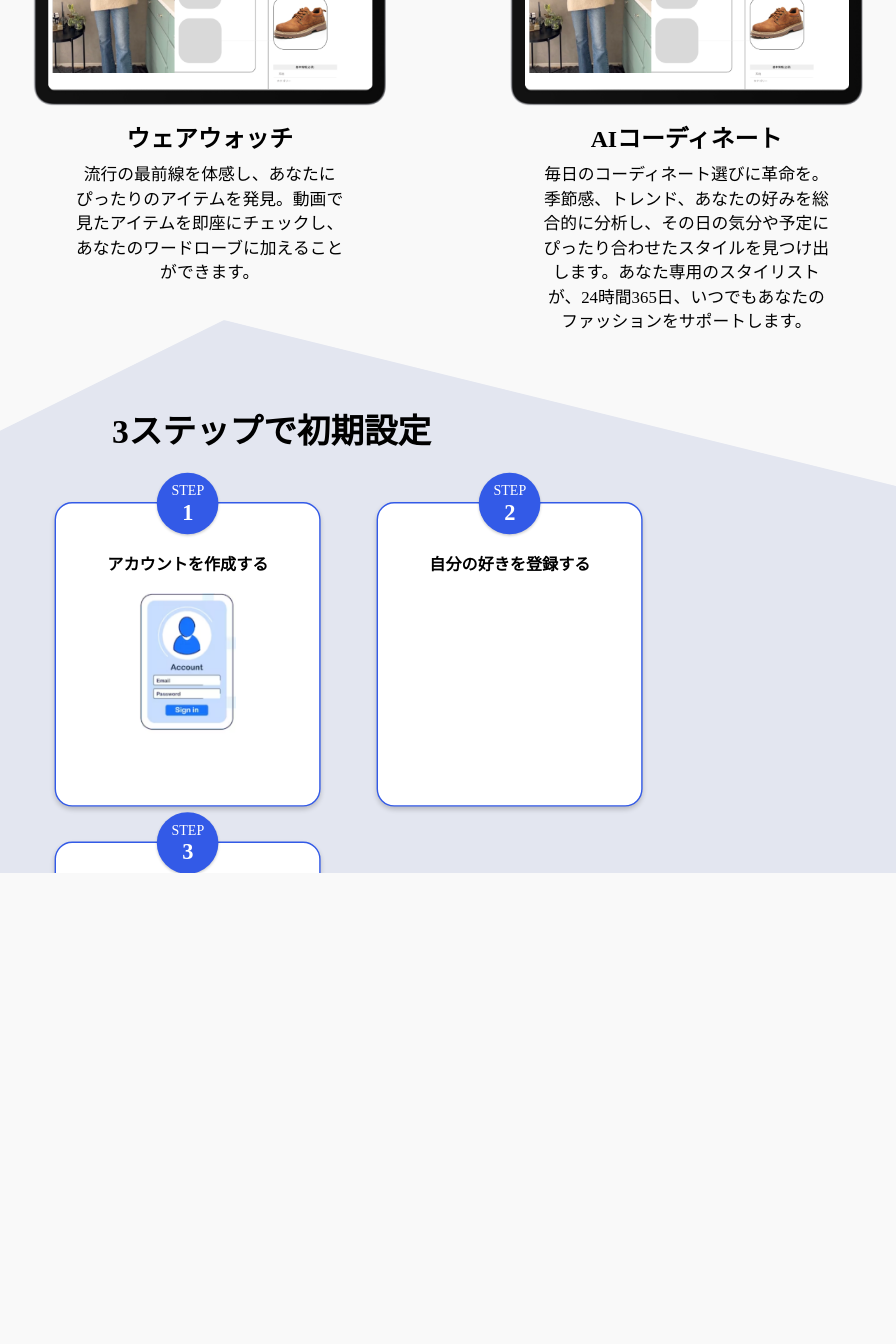
Repository: Yoshiki0418/yahoo.hack
Page: welcome.html
An editor plug-in stored every save of this project. The page is shown before and after the next save, followed by the edit.
The browser window is 1280 px wide. The pictures show the part of the page from y = 2716 to 4636 px (the page is 5407 px tall), at 70% of full size.

Above is the page before, as saved 2024-02-09 23:21:55.

### welcome.html
<!DOCTYPE html>
<html lang="ja">
<head>
    <meta charset="UTF-8">
    <meta name="viewport" content="width=device-width, initial-scale=1.0">
    <link rel="stylesheet" type="text/css" href="static/css/welcome.css">
    <title>Document</title>
</head>
<body>
    <hedaer>
        <nav>
            <div class="head_block">
                <li><a><img src="static/image/logo.png" class="logo_pic"></a></li>
                <div class="login-button">
                    <a href="/login">ログイン</a>
                </div>
             </div>
          </nav>
    </hedaer>
    <main>
        <!--スライドショー-->
        <div id="mainimg">
            <div class="slide" style="background-image: url('static/image/image 2.png');"></div>
            <div class="slide" style="background-image: url('static/image/slide_1.webp');"></div>
            <h1>Fashion <br>
                　　starts in the<br>
                　 Cloudrobe.</h1>
            <div class="sinup-button">
                <a href="/sinup">さっそくはじめる</a>
             </div>
        </div>
        <div class="fast_section">
            <p class="point_ja">つながりを紡ぎ、驚きを編む。<br>クリック一つで始まる物語</p>
            <p class="point_en">Weaving connections and weaving surprises.<br>
                A story that starts with a click</p>
            <div class="good_points">
            </div>
            <h2>全てのシチュエーションに完璧な一着</h2>
            <div class="situation_block">
                <div class="pair">
                    <img src="static/image/situation1.png" class="situation_pic">
                    <h4>デート</h4>
                </div>
                <div class="pair">
                    <img src="static/image/situation2.png" class="situation_pic">
                    <h4>ショッピング</h4>
                </div>
                <div class="pair">
                    <img src="static/image/situation3.png" class="situation_pic">
                    <h4>アウトドア</h4>
                </div>
            </div>
        </div>
        <div class="advertisement">
            <div class="block">
                <img src="static/image/adv.png" class="adv_pic">
                <div class="right_block">
                    <h2>  今話題の<br>
                        『骨格スタイル診断』を<br>
                          無料で体験！
                        </h2>
                        <button class="custom-button">あなたの商品をチェック</button>
                </div>
            </div>
        </div>
        <div class="info_section">
            <h2>Cloudrobeの特徴</h2>
            <div class="features">
                <div class="features_block1">
                    <img src="static/image/feature.png" class="feature_pic">
                    <h4>ウェアウォッチ</h4>
                    <p>流行の最前線を体感し、あなたに<br>
                        ぴったりのアイテムを発見。動画で<br>
                        見たアイテムを即座にチェックし、<br>
                        あなたのワードローブに加えること<br>ができます。</p>
                </div>
                <div class="features_block2">
                    <img src="static/image/feature.png" class="feature_pic">
                    <h4>AIコーディネート</h4>
                    <p>毎日のコーディネート選びに革命を。<br>
                        季節感、トレンド、あなたの好みを総<br>
                        合的に分析し、その日の気分や予定に<br>
                        ぴったり合わせたスタイルを見つけ出<br>
                        します。あなた専用のスタイリスト<br>
                        が、24時間365日、いつでもあなたの<br>
                        ファッションをサポートします。</p>
                </div>
            </div>
            <div class="shape">
                <h2>3ステップで初期設定</h2>
                <div class="step_block">
                    <div class="step-container">
                        <div class="step-circle">STEP<h4>1</h4></div>
                        <div class="step-box"></div>
                        <h3>アカウントを作成する</h3>
                        <img src="static/image/step1.png" class="step1_pic">
                    </div>
                    <div class="step-container">
                        <div class="step-circle">STEP<h4>2</h4></div>
                        <div class="step-box"></div>
                        <h3>自分の好きを登録する</h3>
                    </div>
                    <div class="step-container">
                        <div class="step-circle">STEP<h4>3</h4></div>
                        <div class="step-box"></div>
                        <h3>クローゼットを登録</h3>
                    </div>
                </div>
            </div>

        </div>

    </main>
    <script src="script.js"></script>

</body>
</html>

### static/css/welcome.css
* {
    margin: 0;
    padding: 0;
    box-sizing: border-box;
}

/* ナビゲーションのスタイル設定 */
nav {
    width: 100%;
    background-color: #17191C;
    height: 62px;
    display: flex;
    z-index: 10; /* ナビゲーションのz-indexを設定 */
    position: relative; /* z-indexを効果的にするために必要 */
}

.logo_pic {
    margin-top: 5px;
    margin-left: 8px;
    height: 51px;
}

.head_block {
    width: 100%;
    display: flex;
    flex-wrap: wrap;
    position: relative;
}

.mainimg{
    width: 100vw;
    overflow: hidden; /* 横方向の内容がはみ出た場合に非表示にする */
    height: 100%;
}

/* ログインボタンのスタイル */
.login-button a {
    display: inline-block;
    background-color: #000; /* ボタンの背景色 */
    color: white;
    padding: 10px 20px;
    border: 2px solid #fff; /* ボタンの境界線 */
    border-radius: 20px; /* 角の丸み */
    text-decoration: none;
    font-weight: bold;
    z-index: 10; /* ボタンのz-indexを設定 */
}

.login-button a:hover {
    background-color: #555; /* ホバー時の背景色 */
}

.login-button {
    position: absolute;
    right: 10%;
    margin-top: 7px;
    z-index: 10; /* ボタンのz-indexを設定 */
}

#slideshow {
    position: relative;
    max-height: 790px; /* 最大高さを指定 */
    width: 100vw; /* 画面幅全体 */
    overflow-x: hidden; /* 横方向の内容がはみ出た場合に非表示にする */
    z-index: 1; /* スライドショーのz-indexを低く設定 */
}

.slide {
    position: absolute;
    width: 100%;
    height: 100%;
    background-size: cover;
    background-position: center;
    opacity: 0; /* 最初はすべてのスライドを非表示にする */
    transition: opacity 1s; /* 透明度の変化にトランジション効果を追加 */
    animation: zoomOut 10s infinite;
    margin-top: -62px;
}

#mainimg h1 {
    position: absolute;
    font-size: 70px;
    top: 75%;
    left: 15%;
    transform: translate(-50%, -50%);
    z-index: 2; /* スライド上のテキストを前面に表示 */
    color: white; /* テキストの色 */
    text-align: center; /* テキストを中央揃え */
    text-shadow: 2px 2px 4px rgba(4, 4, 4, 4);
}

@keyframes zoomOut {
    0%, 100% {
        transform: scale(1); /* 100%に保つ */
    }
    50% {
        transform: scale(1); /* 100%より大きくしない */
    }
}

.sinup-button a{
    display: inline-block;
    font-size: 20px;
    background-color: #00000000; /* ボタンの背景色 */
    color: white;
    padding: 10px 20px;
    border: 2px solid #fff; /* ボタンの境界線 */
    border-radius: 40px; /* 角の丸み */
    text-decoration: none;
    font-weight: bold;
    z-index: 10; /* ボタンのz-indexを設定 */
}

.sinup-button {
    position: absolute;
    right: 14%;
    top: 80%;
    z-index: 10; /* ボタンのz-indexを設定 */
}

.sinup-button a:hover {
    background-color: #ffffffa4; /* ホバー時の背景色 */
    color: #000;
}

.fast_section{
    width: 100%;
    height: 955px;
    background-color: #202131;
    display: flex;
    flex-wrap: wrap;
    position: relative;
    top: 770px; /* スライドショーとの間に隙間がないように微調整 */
    z-index: 2; /* スライドショーの上に表示 */
    padding-top: 5px; /* 必要に応じて調整 */
}

.point_ja{
    position: absolute;
    margin-top: 100px;
    color: #EEE6FF;
    right: 12%;
    z-index: 18;
    font-size: 32px;
}

.point_en{
    position: absolute;
    margin-top: 210px;
    color: #EEE6FF;
    right: 9%;
    z-index: 18;
    font-size: 15px;
}

.good_points{
    position: absolute;
    width: 94%;
    height: 640px;
    background-color: #E3E6F0;
    bottom: 0%;
    right: 0%;
    border-radius: 20px 0px 0px 0px; /* 角の丸み */
}

.fast_section h2{
    position: absolute;
    width: 700px;
    top: 400px;
    left: 50%;
    transform: translate(-50%, -50%);
    font-size: 40px;
}

.situation_block{
    display: flex;
    position: absolute;
    top: 655px;
    height: 330px;
    margin-right: 10%;
    left: 50%;
    transform: translate(-50%, -50%);
}

.situation_pic{
    width: 330px;
    height: 330px;
    margin-right: 45px;
    margin-left: 45px;
}

@media (max-width: 1070px) {
    .situation_pic {
        width: 200px; /* サイズを小さく調整 */
        height: 200px; /* サイズを小さく調整 */
        margin-right: 35px;
        margin-left: 35px;
    }
}

.pair {
    display: flex; /* フレックスコンテナとして設定 */
    flex-direction: column; /* 子要素を縦方向に並べる */
    align-items: center; /* 子要素を水平方向の中央に揃える */
    text-align: center; /* テキストを中央揃え */
}

.pair h4{
    margin-top: 20px;
    font-size: 26px;
}

.advertisement{
    position: relative;
    top: 770px;
    width: 100%;
    height: 537px;
    background-color: #C5D0F7;
}

.adv_pic{
    width: 440px;
    top: 140px;
    left: 17%;
}



.advertisement h2{
    font-size: 48px;
    top: 140px;
    color: #335AE7;
}

.block{
    position: absolute;
    display: flex;
    flex-wrap: wrap;
    height: 310px;
    left: 17%;
    top: 136px;
}

.custom-button {
    background-color: #335AE7; /* ボタンの背景色 */
    color: white; /* テキスト色 */
    padding: 10px 20px; /* パディング */
    border: none; /* 境界線なし */
    border-radius: 40px; /* 角の丸み */
    font-size: 24px; /* フォントサイズ */
    font-weight: bold; /* フォントの太さ */
    text-decoration: none; /* テキストの下線を消す */
    cursor: pointer; /* カーソルをポインターに */
    box-shadow: 0 4px 8px rgba(0, 0, 0, 0.2); /* 影を付ける */
    transition: background-color 0.3s, box-shadow 0.3s; /* 色と影のトランジションを設定 */
    width: 330px;
    height: 66px;
    margin-top: 50px;
}

.custom-button:hover {
    background-color: #5A7BD8; /* ホバー時の背景色 */
    box-shadow: 0 6px 12px rgba(0, 0, 0, 0.3); /* ホバー時の影を大きくする */
}

.custom-button:focus {
    outline: none; /* ボタンがフォーカスされたときのアウトラインを消す */
}

.right_block{
    margin-left: 125px;
}

.info_section{
    width: 100%;
    height: 3084px;
    top: 769px;
    position: relative;
    background-color: #F9F9F9;
}

.info_section h2{
    position: absolute;
    font-size: 48px;
    top: 70px;
    left: 115px;
}

.features_block1 {
    display: flex; /* Flexboxを有効化 */
    flex-direction: column; /* 子要素を縦方向に並べる */
    align-items: center; /* 子要素を水平方向の中央に揃える */
    text-align: center; /* テキストを中央揃え */
    margin-right: 178px;
}

.features{
    position: relative;
    top: 180px;
    display: flex;
    display: flex; /* Flexboxを有効化 */
    justify-content: center; /* 水平方向の中央に揃える */
    flex-wrap: wrap; /* コンテンツが多い場合は折り返し */
    text-align: center; /* テキストを中央揃え */
}

.feature_pic {
    /* 画像のスタイル設定があればここに追加 */
    /* 例: width: 100%; max-width: 560px; など */
}

.features_block1 h4 {
    /* h4のスタイル設定があればここに追加 */
    margin-top: 20px; /* 画像との間隔を設定 */
    font-size: 34px;
}

.features_block1 p {
    max-width: 560px; /* 最大横幅を560pxに設定 */
    margin-top: 10px; /* h4タグとの間隔を設定 */
    font-size: 24px;
}

.features_block2 {
    display: flex; /* Flexboxを有効化 */
    flex-direction: column; /* 子要素を縦方向に並べる */
    align-items: center; /* 子要素を水平方向の中央に揃える */
    text-align: center; /* テキストを中央揃え */
}

.features_block2 h4 {
    /* h4のスタイル設定があればここに追加 */
    margin-top: 20px; /* 画像との間隔を設定 */
    font-size: 34px;
}

.features_block2 p {
    max-width: 560px; /* 最大横幅を560pxに設定 */
    margin-top: 10px; /* h4タグとの間隔を設定 */
    font-size: 24px;
}


.shape {
    position: absolute;
    top: 850px;
    width: 100%;
    height: 790px; /* 必要な高さ */
    background-color: #E3E6F0; /* 背景色 */
    clip-path: polygon(0 100%, 100% 100%, 100% 30%, 25% 0, 0 20%);
}

.shape h2{
    top: 120px;
    left: 160px;
    position: absolute;
}

.step-container {
    position: relative; /* 子要素の絶対位置の基準にする */
    padding-top: 50px; /* 円の半分のスペースを確保 */
  }

  .step-circle {
    position: absolute;
    top: 8px; /* 円の半分の高さだけ上に移動 */
    left: 50%;
    transform: translateX(-50%); /* 円を中央に配置 */
    width: 88px; /* 円の幅 */
    height: 88px; /* 円の高さ */
    background-color: #335AE7;
    color: white;
    border-radius: 50%; /* 円形にする */
    text-align: center;
    line-height: 50px; /* テキストを垂直中央に配置 */
    font-size: 20px; /* テキストのサイズ調整 */
    box-shadow: 0 2px 4px rgba(0, 0, 0, 0.2); /* 影をつける */
  }

  .step-box {
    width: 380px; /* 枠の幅 */
    height: 435px; /* 枠の高さ */
    background-color: #ffffff; /* 背景色 */
    border-radius: 25px; /* 角の丸み */
    border: 2px solid #335AE7; /* 枠線の色 */
    box-shadow: 0 4px 8px rgba(0, 0, 0, 0.2); /* 影をつける */
    margin-right: 40px;
    margin-left: 40px;
  }

.step_block{
    position: absolute;
    top: 210px;
    display: flex;
    flex-wrap: wrap;
    left: 3%;
}

.step-container h4{
    font-size: 32px;
    position: absolute;
    left: 50%;
    top: 35%;
    transform: translateX(-50%); /* 円を中央に配置 */
}

.step-container h3{
    font-size: 23px;
    position: absolute;
    left: 50%;
    top: 120px;
    transform: translateX(-50%); /* 円を中央に配置 */
    font-weight: bold; /* フォントの太さ */
}

.step1_pic{
    position: absolute;
    top: 180px;
    left: 50%;
    transform: translateX(-50%); /* 円を中央に配置 */
    height: 200px;
}





































@media (max-width: 1240px) {
    .situation_pic {
        width: 250px; /* サイズを小さく調整 */
        height: 250px; /* サイズを小さく調整 */
        margin-right: 40px;
        margin-left: 40px;
    }

    .advertisement h2 {
        font-size: 38px;
        top: 140px;
        color: #335AE7;
    }

    .custom-button {
        /* 必要に応じてサイズ調整 */
        width: 300px;
        height: 60px;
        font-size: 20px; /* フォントサイズ */
    }

    .block {
        /* フレックスコンテナのスタイリング */
        position: absolute;
        display: flex;
        flex-wrap: wrap;
        height: 310px;
        left: 12%;
        top: 136px;
    }

    .right_block {
        margin-left: 80px;
    }
}

### script.js
let slides = document.querySelectorAll('.slide');
let currentSlide = 0;

function changeSlide() {
  // すべてのスライドを非表示にする
  for (let slide of slides) {
    slide.style.opacity = 0;
  }

  // 現在のスライドを表示する
  slides[currentSlide].style.opacity = 1;

  // 次のスライドに移動、もし最後なら最初に戻る
  currentSlide = (currentSlide + 1) % slides.length;
}

// 最初のスライドを表示
changeSlide();

// 5秒ごとにスライドを切り替える
setInterval(changeSlide, 5000);

After the next save:
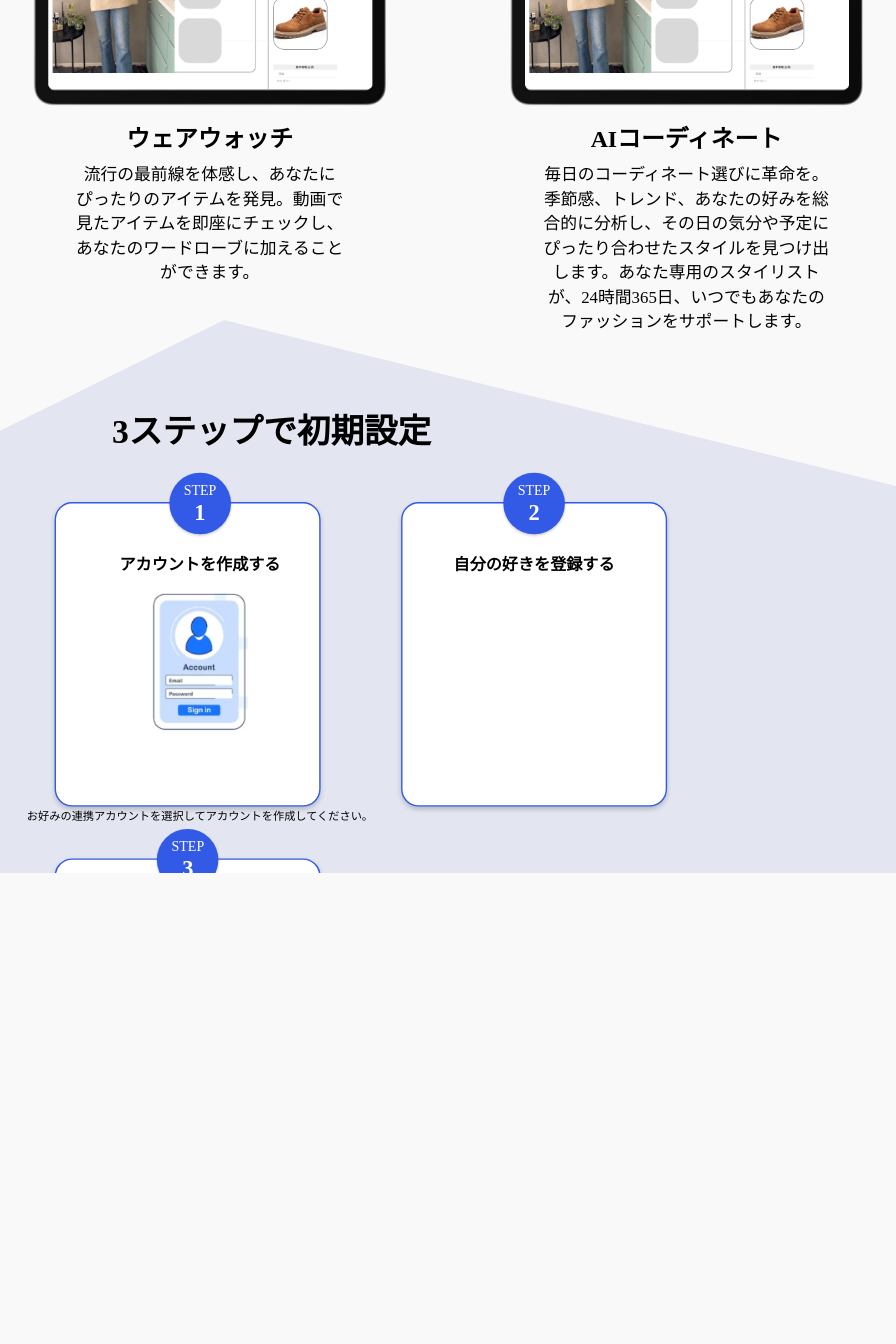
Saved 74 s later.
--- a/welcome.html
+++ b/welcome.html
@@ -94,6 +94,7 @@
                         <div class="step-box"></div>
                         <h3>アカウントを作成する</h3>
                         <img src="static/image/step1.png" class="step1_pic">
+                        <p>お好みの連携アカウントを選択してアカウントを作成してください。</p>
                     </div>
                     <div class="step-container">
                         <div class="step-circle">STEP<h4>2</h4></div>
